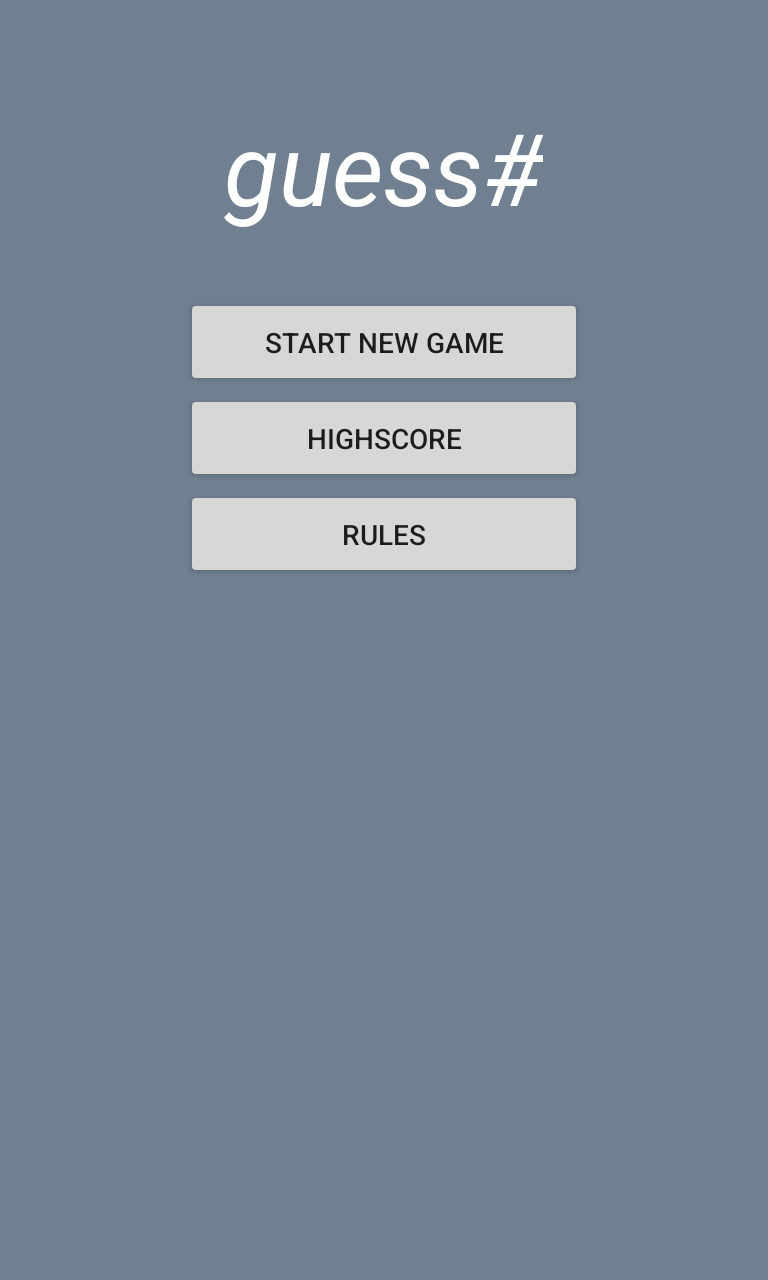
Repository: Hannanina/GuessTag
Layout: GuessTag/res/layout/activity_start.xml
An editor plug-in stored every save of this project. The layout is shown before and after the next save, followed by the edit.
It is drawn on a 768 x 1280 px phone screen (xhdpi) without system bars, with theme AppTheme; the app's code is not run.

Above is the layout before, as saved 2014-12-05 13:52:00.

### GuessTag/res/layout/activity_start.xml
<?xml version="1.0" encoding="utf-8"?>
<LinearLayout xmlns:android="http://schemas.android.com/apk/res/android"
    android:layout_width="match_parent"
    android:layout_height="match_parent"
    android:background="@color/SlateGray"
    android:orientation="vertical" >

    <TextView
        android:id="@+id/start_heading"
        android:layout_marginTop="50dp"
        android:layout_marginBottom="30dp"
        android:layout_width="wrap_content"
	    android:layout_height="wrap_content"
	    android:layout_gravity="center"
	    android:text="@string/start_heading"
	    android:textStyle="italic"
	    android:textSize="50sp"
	    android:textColor="@color/White">
    </TextView>

	<Button
	    android:id="@+id/button_start"
	    android:layout_width="200dp"
	    android:layout_height="48dp"
	    android:layout_gravity="center"
	    android:text="@string/button_start">
	</Button>

	<Button
	    android:id="@+id/button_highscore"
	    android:layout_width="200dp"
	    android:layout_height="48dp"
	    android:layout_gravity="center"
	    android:text="@string/button_highscore">
	</Button>

	<Button
	    android:id="@+id/button_rules"
	    android:layout_width="200dp"
	    android:layout_height="48dp"
	    android:layout_gravity="center"
	    android:text="@string/button_rules">
	</Button>

</LinearLayout>

### GuessTag/res/values/colors.xml
<?xml version="1.0" encoding="utf-8"?>
<resources>
 <color name="white">#FFFFFF</color>
 <color name="yellow">#FFFF00</color>
 <color name="fuchsia">#FF00FF</color>
 <color name="red">#FF0000</color>
 <color name="silver">#C0C0C0</color>
 <color name="gray">#808080</color>
 <color name="olive">#808000</color>
 <color name="purple">#800080</color>
 <color name="maroon">#800000</color>
 <color name="aqua">#00FFFF</color>
 <color name="lime">#00FF00</color>
 <color name="teal">#008080</color>
 <color name="green">#008000</color>
 <color name="blue">#0000FF</color>
 <color name="navy">#000080</color>
 <color name="black">#000000</color>


 <color name="White">#FFFFFF</color>
 <color name="Ivory">#FFFFF0</color>
 <color name="LightYellow">#FFFFE0</color>
 <color name="Yellow">#FFFF00</color>
 <color name="Snow">#FFFAFA</color>
 <color name="FloralWhite">#FFFAF0</color>
 <color name="LemonChiffon">#FFFACD</color>
 <color name="Cornsilk">#FFF8DC</color>
 <color name="Seashell">#FFF5EE</color>
 <color name="LavenderBlush">#FFF0F5</color>
 <color name="PapayaWhip">#FFEFD5</color>
 <color name="BlanchedAlmond">#FFEBCD</color>
 <color name="MistyRose">#FFE4E1</color>
 <color name="Bisque">#FFE4C4</color>
 <color name="Moccasin">#FFE4B5</color>
 <color name="NavajoWhite">#FFDEAD</color>
 <color name="PeachPuff">#FFDAB9</color>
 <color name="Gold">#FFD700</color>
 <color name="Pink">#FFC0CB</color>
 <color name="LightPink">#FFB6C1</color>
 <color name="Orange">#FFA500</color>
 <color name="LightSalmon">#FFA07A</color>
 <color name="DarkOrange">#FF8C00</color>
 <color name="Coral">#FF7F50</color>
 <color name="HotPink">#FF69B4</color>
 <color name="Tomato">#FF6347</color>
 <color name="OrangeRed">#FF4500</color>
 <color name="DeepPink">#FF1493</color>
 <color name="Fuchsia">#FF00FF</color>
 <color name="Magenta">#FF00FF</color>
 <color name="Red">#FF0000</color>
 <color name="OldLace">#FDF5E6</color>
 <color name="LightGoldenrodYellow">#FAFAD2</color>
 <color name="Linen">#FAF0E6</color>
 <color name="AntiqueWhite">#FAEBD7</color>
 <color name="Salmon">#FA8072</color>
 <color name="GhostWhite">#F8F8FF</color>
 <color name="MintCream">#F5FFFA</color>
 <color name="WhiteSmoke">#F5F5F5</color>
 <color name="Beige">#F5F5DC</color>
 <color name="Wheat">#F5DEB3</color>
 <color name="SandyBrown">#F4A460</color>
 <color name="Azure">#F0FFFF</color>
 <color name="Honeydew">#F0FFF0</color>
 <color name="AliceBlue">#F0F8FF</color>
 <color name="Khaki">#F0E68C</color>
 <color name="LightCoral">#F08080</color>
 <color name="PaleGoldenrod">#EEE8AA</color>
 <color name="Violet">#EE82EE</color>
 <color name="DarkSalmon">#E9967A</color>
 <color name="Lavender">#E6E6FA</color>
 <color name="LightCyan">#E0FFFF</color>
 <color name="BurlyWood">#DEB887</color>
 <color name="Plum">#DDA0DD</color>
 <color name="Gainsboro">#DCDCDC</color>
 <color name="Crimson">#DC143C</color>
 <color name="PaleVioletRed">#DB7093</color>
 <color name="Goldenrod">#DAA520</color>
 <color name="Orchid">#DA70D6</color>
 <color name="Thistle">#D8BFD8</color>
 <color name="LightGrey">#D3D3D3</color>
 <color name="Tan">#D2B48C</color>
 <color name="Chocolate">#D2691E</color>
 <color name="Peru">#CD853F</color>
 <color name="IndianRed">#CD5C5C</color>
 <color name="MediumVioletRed">#C71585</color>
 <color name="Silver">#C0C0C0</color>
 <color name="DarkKhaki">#BDB76B</color>
 <color name="RosyBrown">#BC8F8F</color>
 <color name="MediumOrchid">#BA55D3</color>
 <color name="DarkGoldenrod">#B8860B</color>
 <color name="FireBrick">#B22222</color>
 <color name="PowderBlue">#B0E0E6</color>
 <color name="LightSteelBlue">#B0C4DE</color>
 <color name="PaleTurquoise">#AFEEEE</color>
 <color name="GreenYellow">#ADFF2F</color>
 <color name="LightBlue">#ADD8E6</color>
 <color name="DarkGray">#A9A9A9</color>
 <color name="Brown">#A52A2A</color>
 <color name="Sienna">#A0522D</color>
 <color name="YellowGreen">#9ACD32</color>
 <color name="DarkOrchid">#9932CC</color>
 <color name="PaleGreen">#98FB98</color>
 <color name="DarkViolet">#9400D3</color>
 <color name="MediumPurple">#9370DB</color>
 <color name="LightGreen">#90EE90</color>
 <color name="DarkSeaGreen">#8FBC8F</color>
 <color name="SaddleBrown">#8B4513</color>
 <color name="DarkMagenta">#8B008B</color>
 <color name="DarkRed">#8B0000</color>
 <color name="BlueViolet">#8A2BE2</color>
 <color name="LightSkyBlue">#87CEFA</color>
 <color name="SkyBlue">#87CEEB</color>
 <color name="Gray">#808080</color>
 <color name="Olive">#808000</color>
 <color name="Purple">#800080</color>
 <color name="Maroon">#800000</color>
 <color name="Aquamarine">#7FFFD4</color>
 <color name="Chartreuse">#7FFF00</color>
 <color name="LawnGreen">#7CFC00</color>
 <color name="MediumSlateBlue">#7B68EE</color>
 <color name="LightSlateGray">#778899</color>
 <color name="SlateGray">#708090</color>
 <color name="OliveDrab">#6B8E23</color>
 <color name="SlateBlue">#6A5ACD</color>
 <color name="DimGray">#696969</color>
 <color name="MediumAquamarine">#66CDAA</color>
 <color name="CornflowerBlue">#6495ED</color>
 <color name="CadetBlue">#5F9EA0</color>
 <color name="DarkOliveGreen">#556B2F</color>
 <color name="Indigo">#4B0082</color>
 <color name="MediumTurquoise">#48D1CC</color>
 <color name="DarkSlateBlue">#483D8B</color>
 <color name="SteelBlue">#4682B4</color>
 <color name="RoyalBlue">#4169E1</color>
 <color name="Turquoise">#40E0D0</color>
 <color name="MediumSeaGreen">#3CB371</color>
 <color name="LimeGreen">#32CD32</color>
 <color name="DarkSlateGray">#2F4F4F</color>
 <color name="SeaGreen">#2E8B57</color>
 <color name="ForestGreen">#228B22</color>
 <color name="LightSeaGreen">#20B2AA</color>
 <color name="DodgerBlue">#1E90FF</color>
 <color name="MidnightBlue">#191970</color>
 <color name="Aqua">#00FFFF</color>
 <color name="Cyan">#00FFFF</color>
 <color name="SpringGreen">#00FF7F</color>
 <color name="Lime">#00FF00</color>
 <color name="MediumSpringGreen">#00FA9A</color>
 <color name="DarkTurquoise">#00CED1</color>
 <color name="DeepSkyBlue">#00BFFF</color>
 <color name="DarkCyan">#008B8B</color>
 <color name="Teal">#008080</color>
 <color name="Green">#008000</color>
 <color name="DarkGreen">#006400</color>
 <color name="Blue">#0000FF</color>
 <color name="MediumBlue">#0000CD</color>
 <color name="DarkBlue">#00008B</color>
 <color name="Navy">#000080</color>
 <color name="Black">#000000</color>
</resources>

### GuessTag/res/values/strings.xml
<?xml version="1.0" encoding="utf-8"?>
<resources>


    <string name="app_name">guess#</string>
    <string name="hello_world">Hello world!</string>
    <string name="action_settings">Settings</string>

    <!-- START ACTIVITY -->
    <string name="start_heading">guess#</string>
    <string name="button_start">Start new game</string>
    <string name="button_highscore">Highscore</string>
    <string name="button_rules">Rules</string>



</resources>

Loaded but not shown: GuessTag/res/values/styles.xml (common file); GuessTag/res/values-v11/styles.xml (common file); GuessTag/res/values-v14/styles.xml (common file)

After the next save:
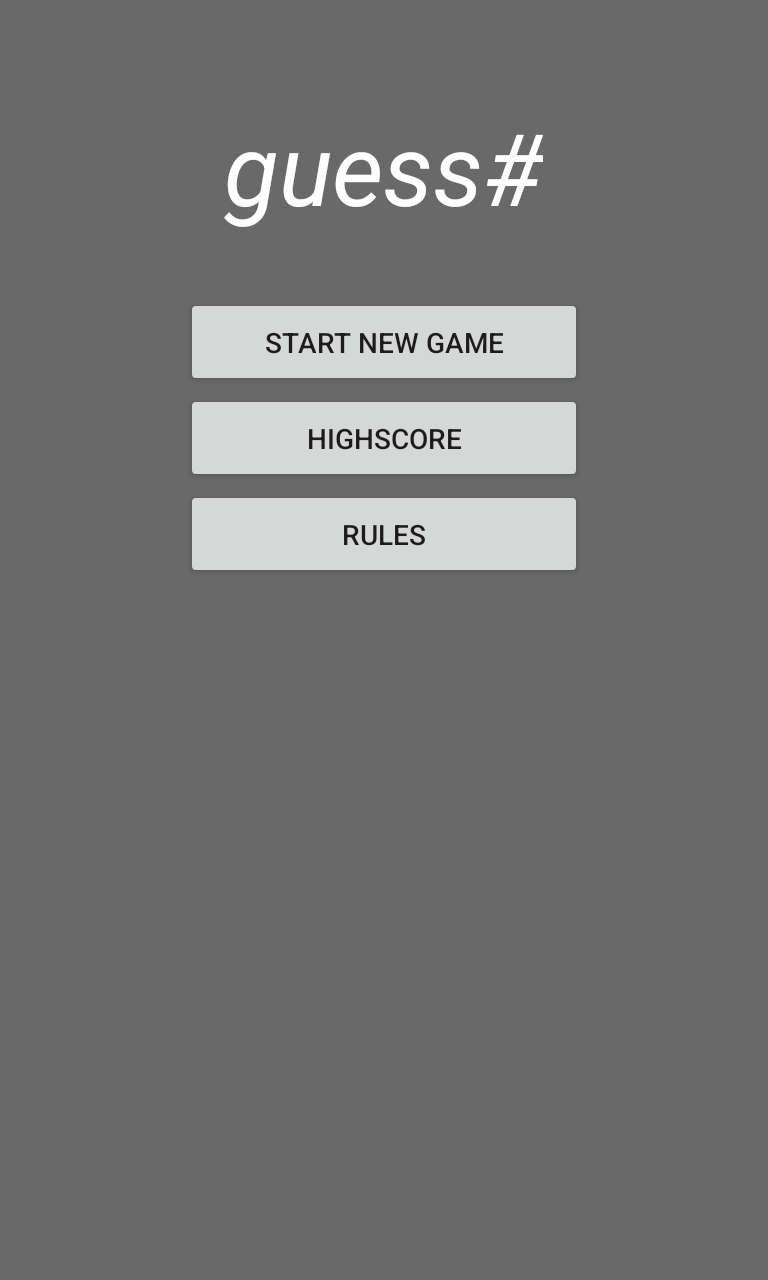
Saved 7 s later.
--- a/GuessTag/res/layout/activity_start.xml
+++ b/GuessTag/res/layout/activity_start.xml
@@ -2,7 +2,7 @@
 <LinearLayout xmlns:android="http://schemas.android.com/apk/res/android"
     android:layout_width="match_parent"
     android:layout_height="match_parent"
-    android:background="@color/SlateGray"
+    android:background="@color/DimGray"
     android:orientation="vertical" >
 
     <TextView
